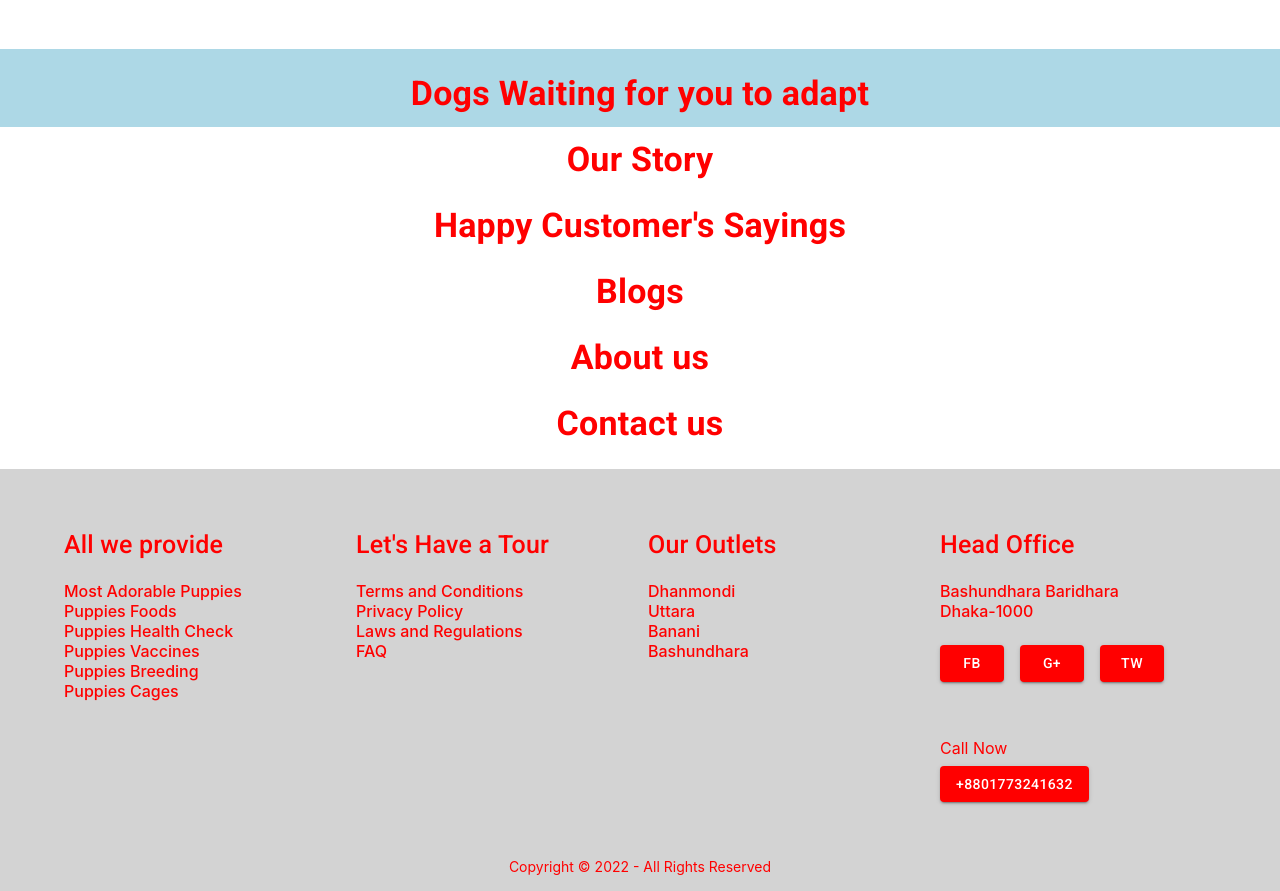
Repository: Sharif-00112/dogos-paradise-client
Page: /
An editor plug-in stored every save of this project. The page is shown before and after the next save, followed by the edit.
The browser window is 1280 px wide. The pictures show the part of the page from y = 1041 to 1956 px (the page is 1932 px tall before and 1956 px after).
The page's requests for data from a server got no answer. The project was rebuilt for these pictures with package versions that can differ from the ones it lists, and the page was loaded fresh each time. No one was signed in, and anything a server would have sent is missing. Also part of the build but not shown: src/Pages/Home/Dog/Dog.js, src/Pages/Login/Login/Login.js, src/Pages/Login/Register/Register.js, src/Pages/NotFound/NotFound.js.

Above is the page before, as saved 2022-12-02 15:50:41.

After the next save:
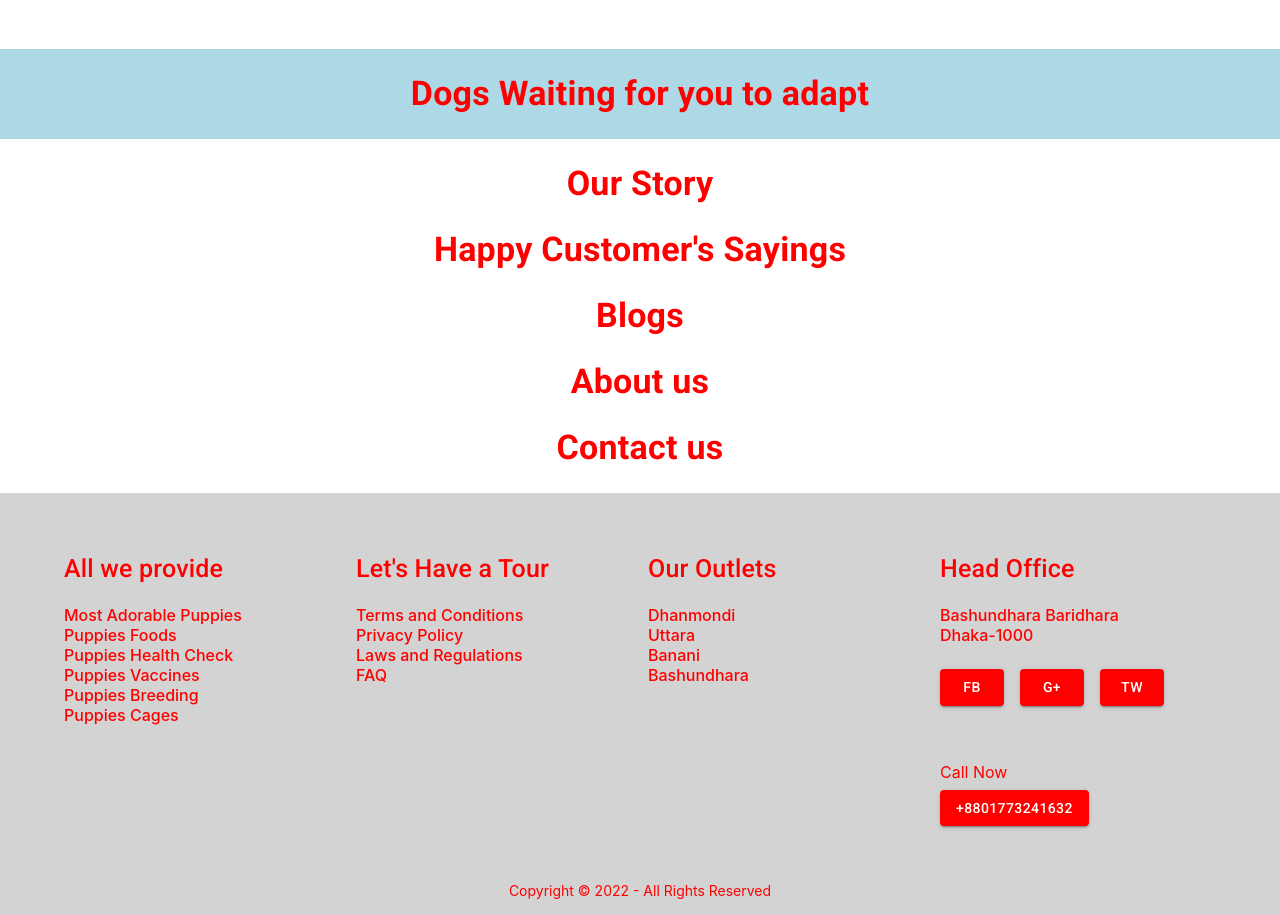
Saved 55 s later.
--- a/src/Pages/Home/Dogs/Dogs.js
+++ b/src/Pages/Home/Dogs/Dogs.js
@@ -99,9 +99,9 @@ const Dogs = () => {
 
     return (
         <div>
-            <Box sx={{ flexGrow: 1, backgroundColor:"lightblue" }}>
+            <Box sx={{ flexGrow: 1, backgroundColor:"lightblue", py:3 }}>
                 <Container>
-                    <Typography sx={{ p: 3, color: 'red', fontWeight: 600 }} variant="h4" component="div">
+                    <Typography sx={{ pb:3, color: 'red', fontWeight: 600 }} variant="h4" component="div">
                         Dogs Waiting for you to adapt
                     </Typography>
 
